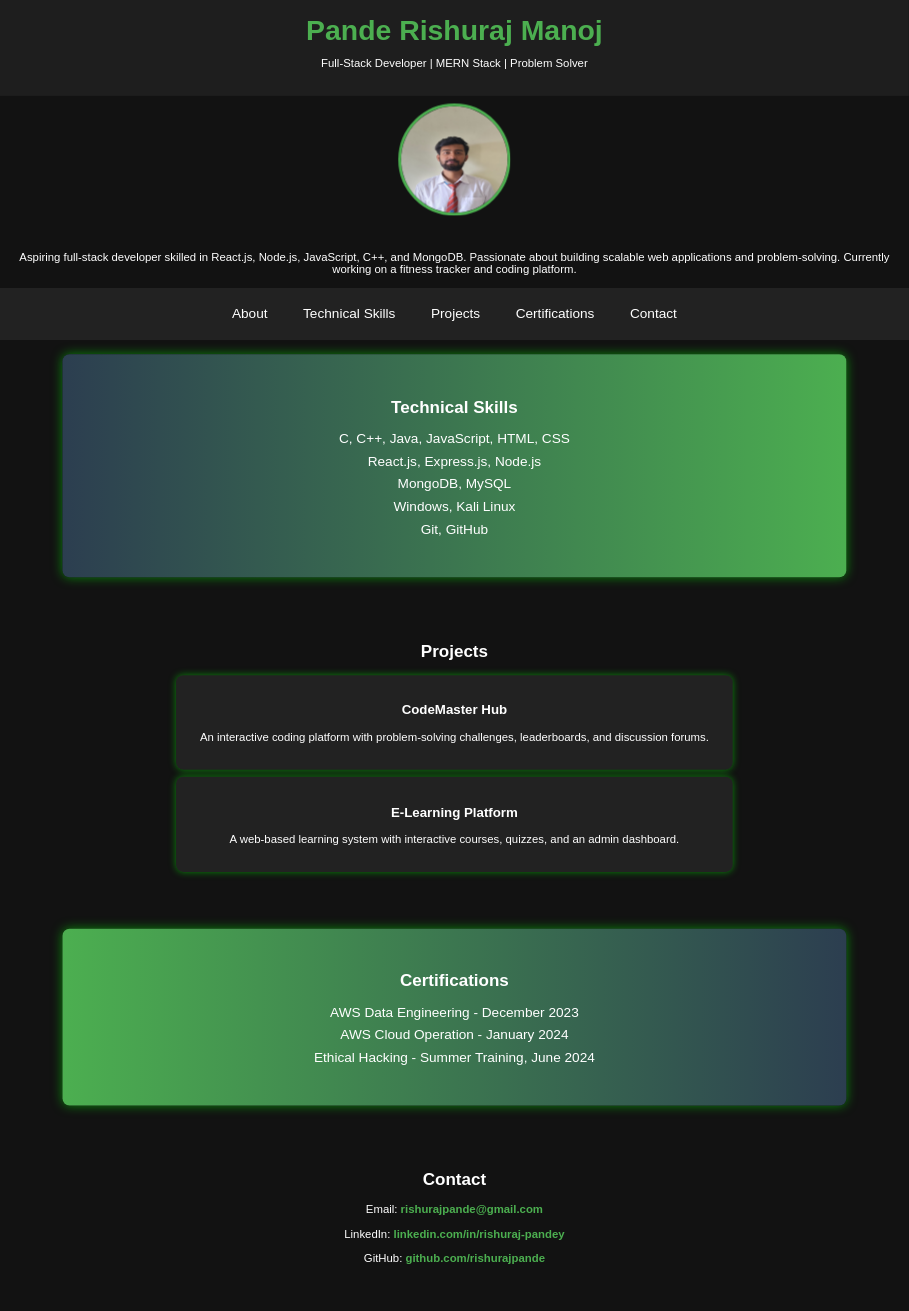
Repository: Rishuraj-Pandey/portfolio
Page: index.html
An editor plug-in stored every save of this project. The page is shown before and after the next save, followed by the edit.
The browser window is 1280 px wide. The pictures show the whole page, at 71% of full size.

Above is the page before, as saved 2025-03-22 00:52:08.

### index.html
<!DOCTYPE html>
<html lang="en">
<head>
    <meta charset="UTF-8">
    <meta name="viewport" content="width=device-width, initial-scale=1.0">
    <title>Pande Rishuraj Manoj - Portfolio</title>
    <link rel="stylesheet" href="style.css">
</head>
<body>
    <header>
        <h1>Pande Rishuraj Manoj</h1>
        <p>Full-Stack Developer | MERN Stack | Problem Solver</p>
    </header>

    <section class="about" id="about">
        <img src="profile.jpg.jpg" alt="Profile Photo">
        <p>Aspiring full-stack developer skilled in React.js, Node.js, JavaScript, C++, and MongoDB.
        Passionate about building scalable web applications and problem-solving. Currently working on a fitness tracker and coding platform.</p>
    </section>

    <nav>
        <ul>
            <li><a href="#about">About</a></li>
            <li><a href="#tech">Technical Skills</a></li>
            <li><a href="#projects">Projects</a></li>
            <li><a href="#certifications">Certifications</a></li>
            <li><a href="#contact">Contact</a></li>
        </ul>
    </nav>

    <section class="tech" id="tech">
        <h2>Technical Skills</h2>
        <ul>
            <li>C, C++, Java, JavaScript, HTML, CSS</li>
            <li>React.js, Express.js, Node.js</li>
            <li>MongoDB, MySQL</li>
            <li>Windows, Kali Linux</li>
            <li>Git, GitHub</li>
        </ul>
    </section>

    <section class="projects" id="projects">
        <h2>Projects</h2>
        <div class="project-card">
            <h3>CodeMaster Hub</h3>
            <p>An interactive coding platform with problem-solving challenges, leaderboards, and discussion forums.</p>
        </div>
        <div class="project-card">
            <h3>E-Learning Platform</h3>
            <p>A web-based learning system with interactive courses, quizzes, and an admin dashboard.</p>
        </div>
    </section>

    <section class="certifications" id="certifications">
        <h2>Certifications</h2>
        <ul>
            <li>AWS Data Engineering - December 2023</li>
            <li>AWS Cloud Operation - January 2024</li>
            <li>Ethical Hacking - Summer Training, June 2024</li>
        </ul>
    </section>

    <section class="contact" id="contact">
        <h2>Contact</h2>
        <p>Email: <a href="mailto:rishurajpande@gmail.com">rishurajpande@gmail.com</a></p>
        <p>LinkedIn: <a href="https://www.linkedin.com/in/rishuraj-pandey-08a9012b0/" target="_blank">linkedin.com/in/rishuraj-pandey</a></p>
        <p>GitHub: <a href="https://github.com/rishurajpande" target="_blank">github.com/rishurajpande</a></p>
    </section>
</body>
</html>

### style.css
body {
    font-family: Arial, sans-serif;
    margin: 0;
    padding: 0;
    background-color: #121212;
    color: white;
    text-align: center;
    scroll-behavior: smooth;
}

header {
    background-color: #1e1e1e;
    padding: 20px;
    animation: fadeIn 1s ease-in-out;
}

h1 {
    margin: 0;
    font-size: 2.5em;
    color: #4CAF50;
}

.about img {
    width: 150px;
    height: 150px;
    border-radius: 50%;
    margin: 20px 0;
    border: 4px solid #4CAF50;
    animation: bounce 1.5s infinite;
}

nav {
    background: #222;
    position: sticky;
    top: 0;
    width: 100%;
    padding: 10px 0;
    z-index: 1000;
}

nav ul {
    list-style: none;
    padding: 0;
    display: flex;
    justify-content: center;
    gap: 20px;
}

nav ul li {
    display: inline;
}

nav ul li a {
    color: white;
    text-decoration: none;
    padding: 10px 15px;
    font-size: 1.2em;
    transition: color 0.3s;
}

nav ul li a:hover {
    color: #4CAF50;
}

.tech, .projects, .certifications, .contact {
    padding: 50px 20px;
}

.tech {
    background: linear-gradient(to right, #2c3e50, #4CAF50);
    padding: 40px;
    border-radius: 10px;
    margin: 20px auto;
    width: 80%;
    box-shadow: 0px 0px 15px rgba(0, 255, 0, 0.5);
}

.tech ul {
    list-style: none;
    padding: 0;
}

.tech ul li {
    font-size: 1.2em;
    margin: 10px 0;
}

.certifications {
    background: linear-gradient(to right, #4CAF50, #2c3e50);
    padding: 40px;
    border-radius: 10px;
    margin: 20px auto;
    width: 80%;
    box-shadow: 0px 0px 15px rgba(0, 255, 0, 0.5);
}

.certifications ul {
    list-style: none;
    padding: 0;
}

.certifications ul li {
    font-size: 1.2em;
    margin: 10px 0;
}

.project-card {
    background-color: #222;
    padding: 20px;
    margin: 10px auto;
    width: 60%;
    border-radius: 10px;
    box-shadow: 0px 0px 10px rgba(0, 255, 0, 0.5);
    transition: transform 0.3s, box-shadow 0.3s;
}

.project-card:hover {
    transform: scale(1.05);
    box-shadow: 0px 0px 20px rgba(0, 255, 0, 0.8);
}

.contact a {
    color: #4CAF50;
    text-decoration: none;
    font-weight: bold;
}

.contact a:hover {
    text-decoration: underline;
}

footer {
    background: #1e1e1e;
    padding: 10px;
    margin-top: 20px;
    font-size: 1em;
}

@keyframes fadeIn {
    from { opacity: 0; }
    to { opacity: 1; }
}

@keyframes bounce {
    0%, 100% { transform: translateY(0); }
    50% { transform: translateY(-10px); }
}

After the next save:
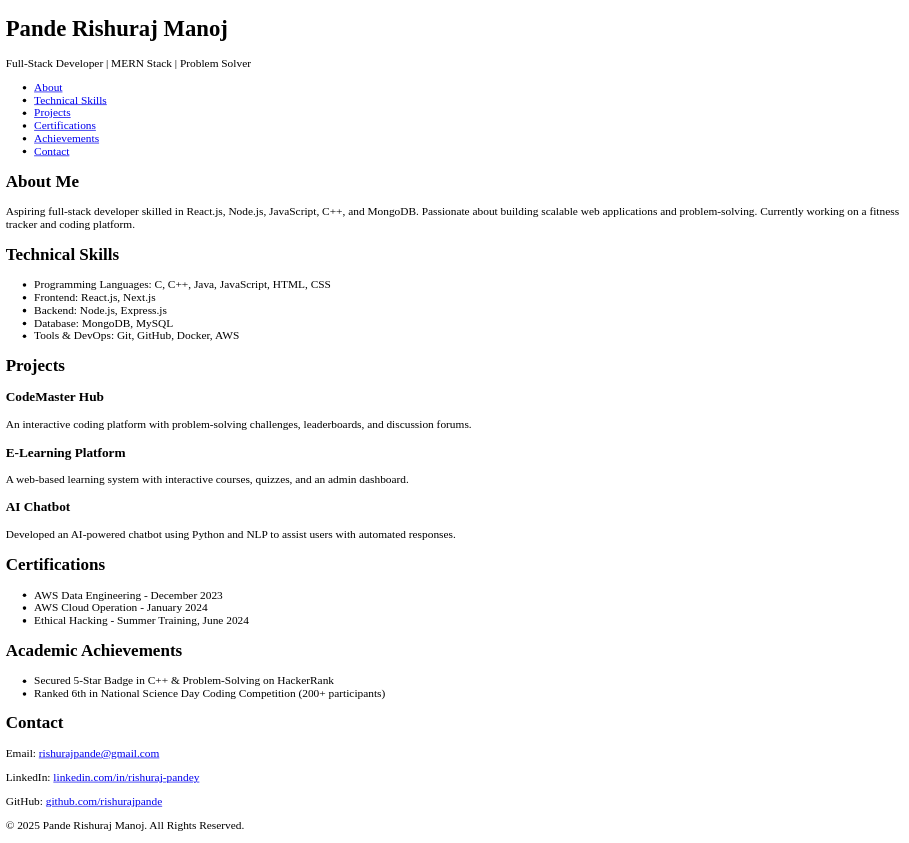
Not found: styles.css
Saved 6 min 20 s later.
--- a/index.html
+++ b/index.html
@@ -4,7 +4,7 @@
     <meta charset="UTF-8">
     <meta name="viewport" content="width=device-width, initial-scale=1.0">
     <title>Pande Rishuraj Manoj - Portfolio</title>
-    <link rel="stylesheet" href="style.css">
+    <link rel="stylesheet" href="styles.css">
 </head>
 <body>
     <header>
@@ -12,30 +12,31 @@
         <p>Full-Stack Developer | MERN Stack | Problem Solver</p>
     </header>
 
-    <section class="about" id="about">
-        <img src="profile.jpg.jpg" alt="Profile Photo">
-        <p>Aspiring full-stack developer skilled in React.js, Node.js, JavaScript, C++, and MongoDB.
-        Passionate about building scalable web applications and problem-solving. Currently working on a fitness tracker and coding platform.</p>
-    </section>
-
     <nav>
         <ul>
             <li><a href="#about">About</a></li>
             <li><a href="#tech">Technical Skills</a></li>
             <li><a href="#projects">Projects</a></li>
             <li><a href="#certifications">Certifications</a></li>
+            <li><a href="#achievements">Achievements</a></li>
             <li><a href="#contact">Contact</a></li>
         </ul>
     </nav>
 
+    <section class="about" id="about">
+        <h2>About Me</h2>
+        <p>Aspiring full-stack developer skilled in React.js, Node.js, JavaScript, C++, and MongoDB.
+        Passionate about building scalable web applications and problem-solving. Currently working on a fitness tracker and coding platform.</p>
+    </section>
+
     <section class="tech" id="tech">
         <h2>Technical Skills</h2>
         <ul>
-            <li>C, C++, Java, JavaScript, HTML, CSS</li>
-            <li>React.js, Express.js, Node.js</li>
-            <li>MongoDB, MySQL</li>
-            <li>Windows, Kali Linux</li>
-            <li>Git, GitHub</li>
+            <li>Programming Languages: C, C++, Java, JavaScript, HTML, CSS</li>
+            <li>Frontend: React.js, Next.js</li>
+            <li>Backend: Node.js, Express.js</li>
+            <li>Database: MongoDB, MySQL</li>
+            <li>Tools & DevOps: Git, GitHub, Docker, AWS</li>
         </ul>
     </section>
 
@@ -49,6 +50,10 @@
             <h3>E-Learning Platform</h3>
             <p>A web-based learning system with interactive courses, quizzes, and an admin dashboard.</p>
         </div>
+        <div class="project-card">
+            <h3>AI Chatbot</h3>
+            <p>Developed an AI-powered chatbot using Python and NLP to assist users with automated responses.</p>
+        </div>
     </section>
 
     <section class="certifications" id="certifications">
@@ -60,11 +65,23 @@
         </ul>
     </section>
 
+    <section class="achievements" id="achievements">
+        <h2>Academic Achievements</h2>
+        <ul>
+            <li>Secured 5-Star Badge in C++ & Problem-Solving on HackerRank</li>
+            <li>Ranked 6th in National Science Day Coding Competition (200+ participants)</li>
+        </ul>
+    </section>
+
     <section class="contact" id="contact">
         <h2>Contact</h2>
         <p>Email: <a href="mailto:rishurajpande@gmail.com">rishurajpande@gmail.com</a></p>
         <p>LinkedIn: <a href="https://www.linkedin.com/in/rishuraj-pandey-08a9012b0/" target="_blank">linkedin.com/in/rishuraj-pandey</a></p>
         <p>GitHub: <a href="https://github.com/rishurajpande" target="_blank">github.com/rishurajpande</a></p>
     </section>
+
+    <footer>
+        <p>&copy; 2025 Pande Rishuraj Manoj. All Rights Reserved.</p>
+    </footer>
 </body>
 </html>
